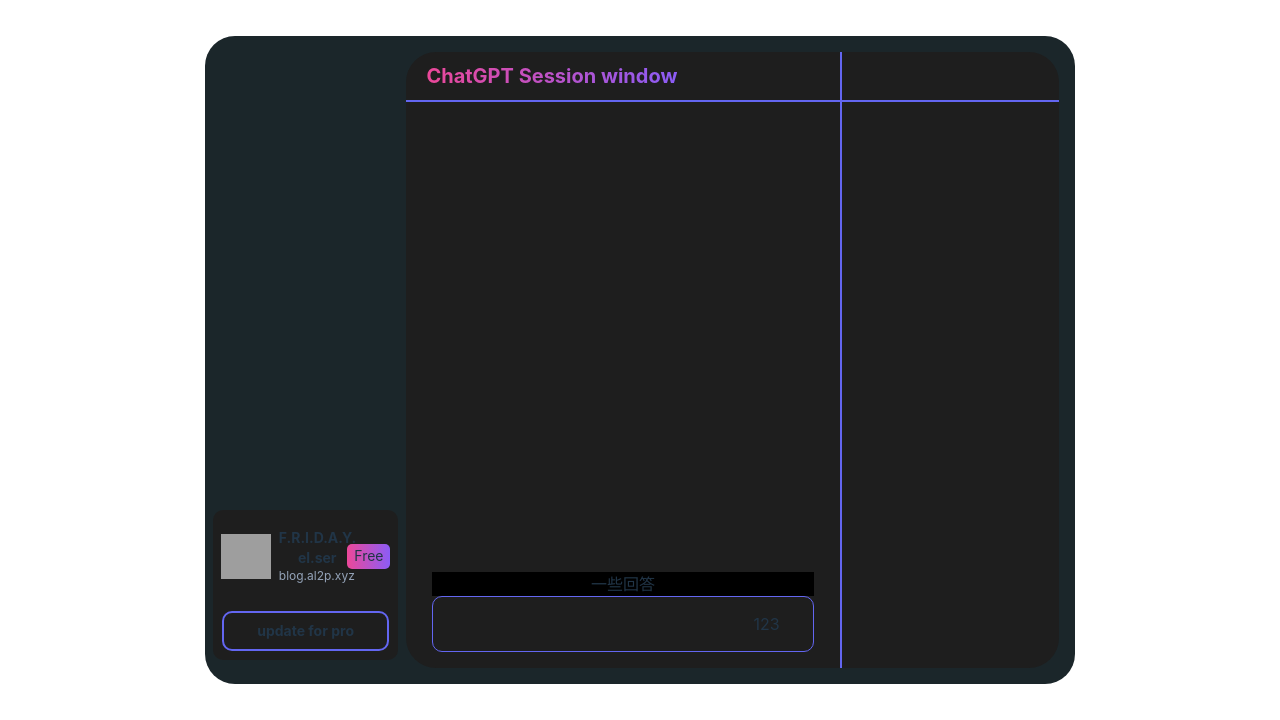
Repository: yezhonghu0503/chatgpt-vue-lac
Page: /
An editor plug-in stored every save of this project. The page is shown before and after the next save, followed by the edit.
The browser window is 1280 px wide. The pictures show the whole page.
Pictures or frames that could not be fetched are drawn as grey boxes. The project was rebuilt for these pictures with package versions that can differ from the ones it lists, and the page was loaded fresh each time. Also part of the build but not shown: vite.config.ts.

Above is the page before, as saved 2023-05-18 18:25:42.

### src/style.css
@tailwind base;
@tailwind components;
@tailwind utilities;

:root {
  font-family: Inter, system-ui, Avenir, Helvetica, Arial, sans-serif;
  line-height: 1.5;
  font-weight: 400;

  color-scheme: light dark;
  color: rgba(255, 255, 255, 0.87);
  /* background-color: #242424; */
  background-color: #8e989a;

  font-synthesis: none;
  text-rendering: optimizeLegibility;
  -webkit-font-smoothing: antialiased;
  -moz-osx-font-smoothing: grayscale;
  -webkit-text-size-adjust: 100%;
}

a {
  font-weight: 500;
  color: #646cff;
  text-decoration: inherit;
}

a:hover {
  color: #535bf2;
}

body {
  margin: 0;
  display: flex;
  place-items: center;
  min-width: 320px;
  min-height: 100vh;
}

h1 {
  font-size: 3.2em;
  line-height: 1.1;
}

button {
  border-radius: 8px;
  border: 1px solid transparent;
  padding: 0.6em 1.2em;
  font-size: 1em;
  font-weight: 500;
  font-family: inherit;
  background-color: #1a1a1a;
  cursor: pointer;
  transition: border-color 0.25s;
}

button:hover {
  border-color: #646cff;
}

button:focus,
button:focus-visible {
  outline: 4px auto -webkit-focus-ring-color;
}

input {
  border: none;
  background-color: transparent;
}

input[type="checkbox"]:checked,

input:focus {
  outline: none;
  background-color: transparent;
}

.card {
  padding: 2em;
}

#app {
  margin: 0 auto;
  padding: 2rem;
  text-align: center;
}

@media (prefers-color-scheme: light) {
  :root {
    color: #213547;
    background-color: #ffffff;
  }

  a:hover {
    color: #747bff;
  }

  button {
    background-color: #f9f9f9;
  }
}

### src/App.vue
<script setup lang="ts">
import chat from './pages/chat.vue';
</script>

<template>
  <chat />
</template>

<style scoped></style>

### src/pages/chat.vue
<template>
    <div class="w-[68vw] h-[90vh] bg-rg-chat-border rounded-[30px] flex justify-end p-4 pl-0">
        <chatMenu />
        <chatMain />

    </div>
</template>
<script lang="ts" setup>
import chatMain from '../components/chat-main/chatMain.vue';
import chatMenu from '../components/chat-menu/chatMenu.vue'
</script>
<style lang="less" scoped></style>

### src/components/chat-main/chatMain.vue
<template>
  <div class="w-[51vw] h-[100%] bg-rg-chat rounded-[30px] flex">
    <div class="flex flex-col w-[34vw] h-[100%] border-r-2 border-indigo-500">
      <div
        class="w-[100%] h-[50px] border-b-2 border-indigo-500 flex justify-start items-center p-5"
      >
        <span
          class="text-xl font-bold text-transparent bg-clip-text bg-gradient-to-r from-pink-500 to-violet-500"
          >ChatGPT Session window</span
        >
      </div>
      <div class="flex flex-col justify-end items-center w-[100%] h-[100%] p-4">
        <div class="w-[95%] bg-black">
          {{ msg }}
          <img src="" alt="" />
        </div>
        <div
          class="flex w-[95%] items-center rounded-[10px] h-14 border-[1px] border-indigo-500"
        >
          <input class="w-[25vw]" type="text" />
          <div>123</div>
        </div>
      </div>
    </div>
    <div class="w-[17vw] h-[50px] border-b-2 border-indigo-500"></div>
  </div>
</template>

<script lang="ts" setup>
const msg: string = "一些回答";
</script>

### src/components/chat-menu/chatMenu.vue
<template>
  <div class="w-[17vw] h-[100%] flex justify-center items-end p-2">
    <div
      class="w-[100%] h-[150px] bg-rg-chat flex flex-col justify-around items-center rounded-[10px]"
    >
      <div class="w-[100%] h-[75px] flex justify-between items-center p-2">
        <div class="flex items-center">
          <img
            class="w-[50px] h-[45px]"
            src="https://blog.al2p.xyz/upload/laclogo.png"
          />
          <div class="flex flex-col items-start ml-2">
            <div class="text-sm font-bold">F.R.I.D.A.Y. el.ser</div>
            <div class="text-xs text-slate-400">blog.al2p.xyz</div>
          </div>
        </div>
        <div
          class="flex justify-center rounded-[5px] text-sm items-center w-[60px] h-[25px] bg-gradient-to-r from-pink-500 to-violet-500"
        >
          Free
        </div>
      </div>
      <div
        class="text-sm flex items-center justify-center w-[13vw] h-[40px] rounded-[10px] border-2 border-indigo-500 font-bold"
      >
        update for pro
      </div>
    </div>
  </div>
</template>

<script lang="ts" setup></script>

<style lang="less" scoped></style>

### tailwind.config.js
/** @type {import('tailwindcss').Config} */
export default {
  content: [
    "./index.html",
    "./src/**/*.{vue,js,ts,jsx,tsx}",
  ],
  theme: {
    extend: {
      colors: {
        'rg-chat': 'rgb(30,30,30)',
        'rg-chat-border': 'rgb(27,38,42)'
      }
    }
  },
  plugins: [],
}

Loaded but not shown: index.html (common file); src/main.ts (common file)

After the next save:
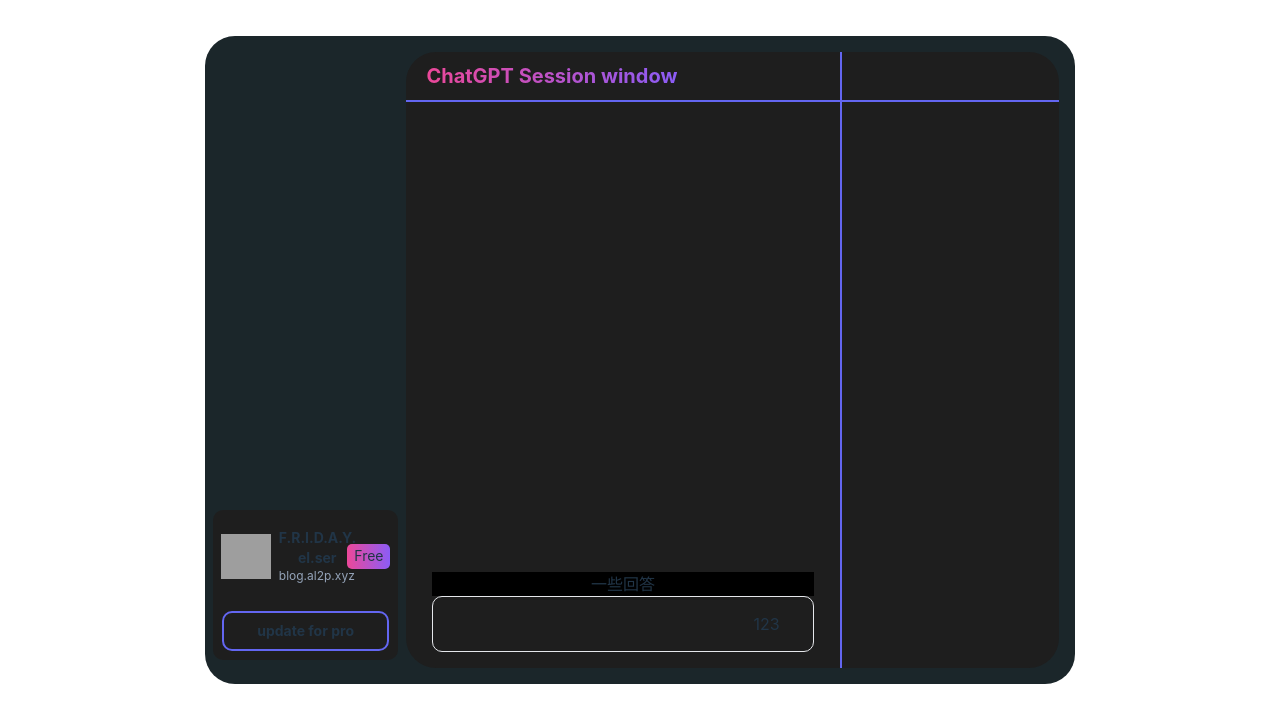
Saved 8 min 2 s later.
--- a/src/components/chat-main/chatMain.vue
+++ b/src/components/chat-main/chatMain.vue
@@ -15,7 +15,7 @@
           <img src="" alt="" />
         </div>
         <div
-          class="flex w-[95%] items-center rounded-[10px] h-14 border-[1px] border-indigo-500"
+          class="flex w-[95%] items-center rounded-[10px] h-14 border-[1px] from-pink-500 to-violet-500"
         >
           <input class="w-[25vw]" type="text" />
           <div>123</div>
